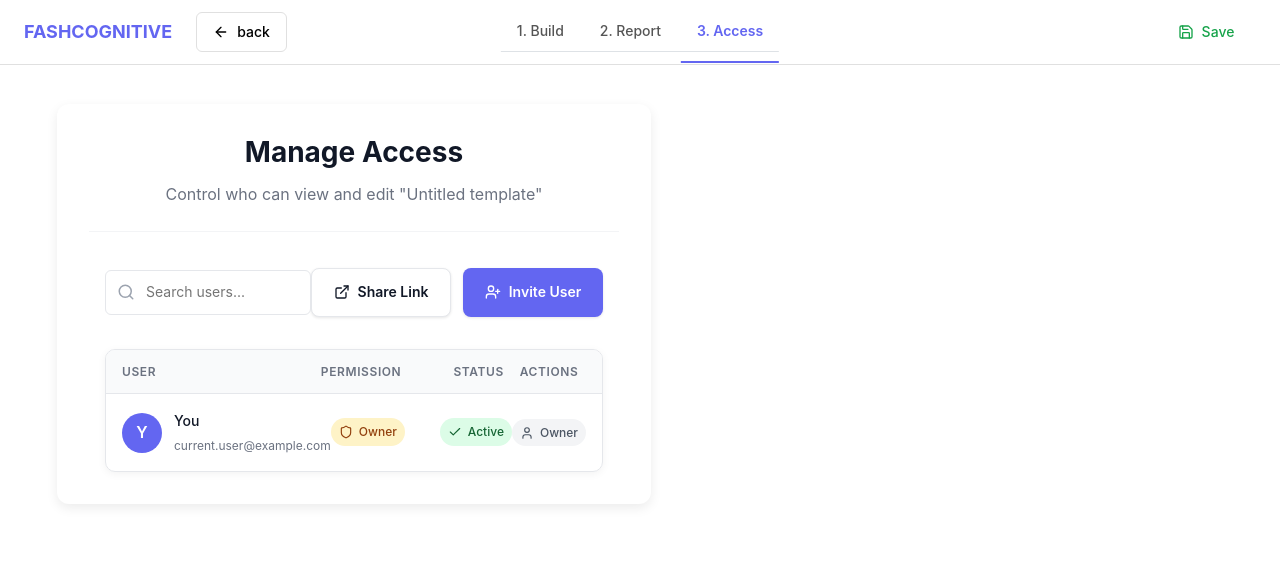
Repository: loganand612/fashcognitive-intern
Page: /ct (app in fash/), after clicking the first element matching `div.nav-tabs > :nth-child(3)`
An editor plug-in stored every save of this project. The page is shown before and after the next save, followed by the edit.
The browser window is 1280 px wide. The pictures show the whole page.
The project was rebuilt for these pictures with package versions that can differ from the ones it lists, and the page was loaded fresh each time. Also part of the build but not shown: fash/src/pages/Login.css, fash/src/pages/Register.css, fash/src/pages/Template.css, fash/src/pages/Home.tsx, fash/src/pages/Login.tsx, fash/src/pages/Register.tsx, fash/src/pages/Home2.tsx, fash/src/pages/Dashboard.tsx and 1 more. Imported but missing from the stored project, and not drawn on this page: fash/src/pages/assets/head1.mp4.

Above is the page before, as saved 2025-04-14 09:11:03.

After the next save:
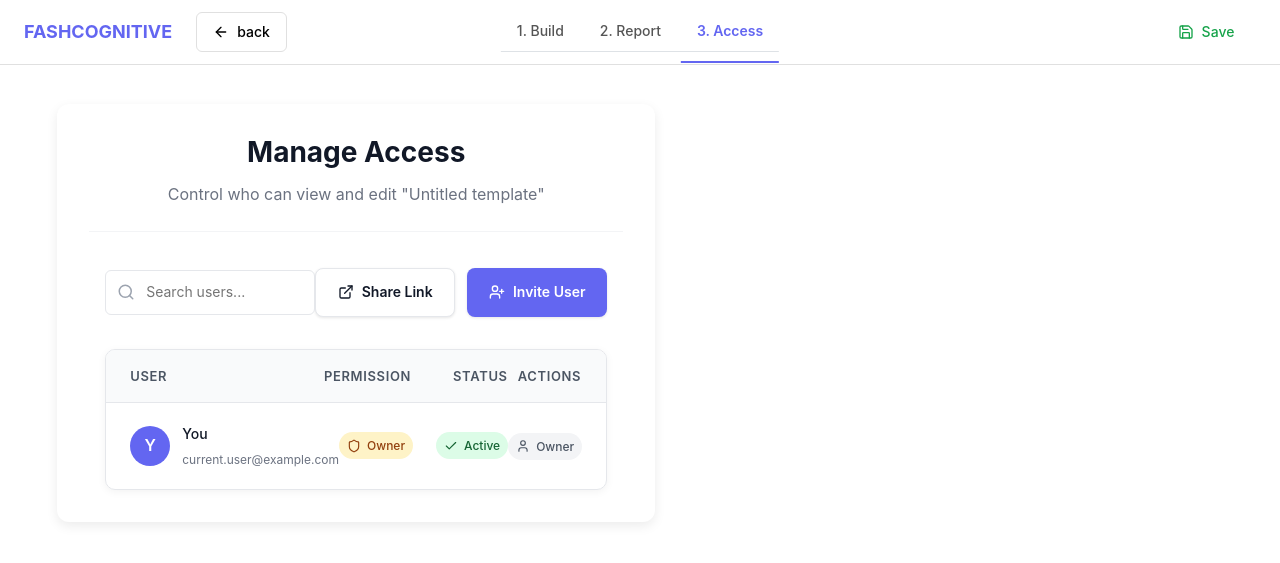
Saved 15 s later.
--- a/fash/src/components/AccessManager.css
+++ b/fash/src/components/AccessManager.css
@@ -379,15 +379,15 @@
 .users-list-header {
   display: grid;
   grid-template-columns: 3fr 2fr 1fr 1fr;
-  padding: 12px 16px;
+  padding: 16px 24px;
   background-color: #f9fafb;
   border-bottom: 1px solid #e5e7eb;
 }
 
 .users-list-header > div {
-  font-size: 12px;
+  font-size: 13px;
   font-weight: 600;
-  color: #6b7280;
+  color: #4b5563;
   text-transform: uppercase;
   letter-spacing: 0.05em;
 }
@@ -400,9 +400,14 @@
 .user-item {
   display: grid;
   grid-template-columns: 3fr 2fr 1fr 1fr;
-  padding: 16px;
+  padding: 20px 24px;
   border-bottom: 1px solid #e5e7eb;
   align-items: center;
+  transition: background-color 0.2s;
+}
+
+.user-item:hover {
+  background-color: #f9fafb;
 }
 
 .user-item:last-child {
